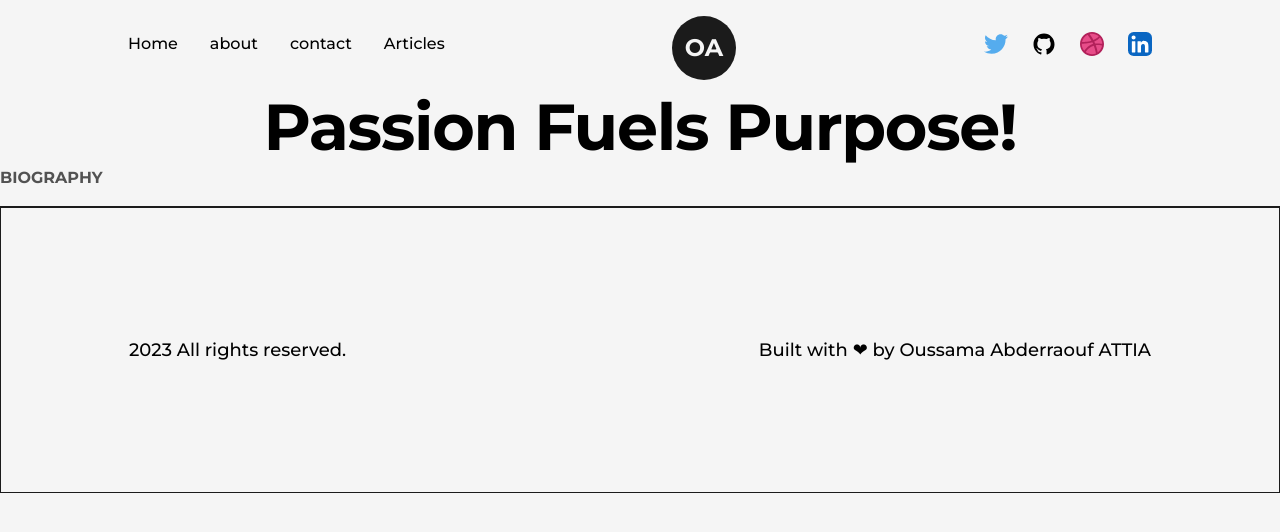
Repository: OussamaAbderraoufAttia/Next.js-Developer-Portfolio
Page: /About
An editor plug-in stored every save of this project. The page is shown before and after the next save, followed by the edit.
The browser window is 1280 px wide. The pictures show the whole page.
The project was rebuilt for these pictures with package versions that can differ from the ones it lists, and the page was loaded fresh each time. The framework's server and built-in components were replaced by stand-ins that run in the browser. Also part of the build but not shown: next.config.js, src/components/AnimatedText.js.

Above is the page before, as saved 2023-06-27 16:47:18.

### src/pages/_app.js
import Footer from '@/components/Footer'
import NavBar from '@/components/NavBar'
import '@/styles/globals.css'
import { Montserrat } from 'next/font/google'
import Head from 'next/head'


const montserrat = Montserrat({
  subsets: ['latin'],
  variable: "--font-mont"
})
export default function App({ Component, pageProps }) {
  return (
    <>
    <Head>
      <meta name="viewport" content="width=device-width, initial-scale=1" />
      <link rel="icon" href="/favicon.ico" />
    </Head>
    <main className={`${montserrat.variable} font-mont bg-light w-full min-h-screen`}>
      <NavBar />
      <Component {...pageProps} />
      <Footer />
    </main>
    </>
  )
}

### src/pages/About.js
import React from 'react';
import Head from 'next/head';
import AnimatedText from '@/components/AnimatedText';
import Layout from '@/components/Layout';

const about = () => {
  return (
    <>
        <Head>
            <title>OA | About Page</title>
            <meta name='description' content='About Oussama Abderraouf ATTIA' />
        </Head>
        <main className='flex w-full flex-col item-center justify-center'>
            <Layout className='pt-16'>
                <h1 className="text-center" style={{
                    fontSize: '65px',
                    fontWeight: 'bold',
                    lineHeight: '1.2',
                    letterSpacing: '-0.02em',
                }}>
                    Passion Fuels Purpose!
                </h1>
                <div className='grid w-full grid-cols-8 gap-16'>
                    <div className='col-span-3 flex flex-col items-start justify-start '>
                        <h2 className='mb-4 text- font-bold uppercase text-dark/75'>
                            Biography
                        </h2>
                    </div>

                </div>
            </Layout>
        </main>
    </>
  )
}

export default about;

### src/components/Footer.js
import React from 'react';
import Link from 'next/link';
import Layout from './Layout';

const Footer = () => {
  return (
    <div>
      <footer className='w-full border-t-2 border border-solid  border-dark
      font-medium text-lg
      '>
        <Layout className='  flex items-center justify-between '>
        <span>
            2023 All rights reserved.
        </span>
        <div>
            <p  >
                Built with &#10084; by Oussama Abderraouf ATTIA
             </p>
        </div>

        </Layout>

      </footer>
    </div>
  )
}

export default Footer

### src/components/NavBar.js
import Link from "next/link";
import React from "react";
import { useRouter } from "next/router";
import Logo from "./Logo";
import   { TwitterIcon, DribbbleIcon, GithubIcon, LinkedInIcon, PinterestIcon } from "./Icons";
import { motion } from "framer-motion";

const CustomLink = ({ href, title, className="" }) => {
    const router = useRouter();
    return (
        <Link href={href} className= {`${className} relative group `}>
            {title }
            <span className={`h-[1px] inline-block bg-dark absolute left-0 bottom-0.5 group-hover:w-full
            transiion-[width] ease duration-300 ${router.asPath === href ? "w-full" : "w-0" }
            `}> &nbsp; </span>
        </Link>
    )
}


const NavBar = () => {
    return (
        <header className="w-full px-32 py-8 font-medium flex items-center justify-between">
            <nav>
                <CustomLink href="/"  title="Home" className="mr-4"/>
                <CustomLink href="/about" title="about" className="mx-4"/>
                <CustomLink href="/contact"  title="contact" className="mx-4"/>
                <CustomLink href="/Articles"  title="Articles" className="ml-4"/>
            </nav>

            <nav className="flex item-center justify-center flex-wrap">
                <motion.a href="https://twitter.com/oussamaattia245" target={"_blank"}
                whileHover={{ y:-5  }}
                whileTap={{ scale: 0.9 }}
                className="w-6 mx-3"
                >
                    <TwitterIcon />
                 </motion.a>
                <motion.a href="https://github.com/OussamaAbderraoufAttia" target={"_blank"}
                whileHover={{ y:-5  }} whileTap={{ scale: 0.9 }}
                className="w-6 mx-3"
                > <GithubIcon /> </motion.a>
                <motion.a href="https://dribbble.com/JohnLoyd" target={"_blank"}
                whileHover={{ y:-5  }} whileTap={{ scale: 0.9 }}
                className="w-6 mx-3"
                > <DribbbleIcon /> </motion.a>
                <motion.a href="https://www.linkedin.com/in/oussama-abderraouf-attia-494b32225/" target={"_blank"}
                whileHover={{ y:-5  }} whileTap={{ scale: 0.9 }}
                className="w-6 ml-3"
                > <LinkedInIcon /> </motion.a>

            </nav>
            <div className="absolute left-[50%] top-2    translate-x-[50%]">
                 <Logo />
            </div>
        </header>
    )
}

export default NavBar;

### src/components/Layout.js
import React from 'react';

const Layout = ({ children, className = "" }) => {
  return (
    <div className={`  w-full h-full inline-block z-0 bg-light p-32${className}`}>
      {children}
    </div>
  );
};

export default Layout;

### src/components/Logo.js
import React from "react";
import Link from "next/link";
import { motion } from "framer-motion";



const MotionLink = motion(Link);
const Logo = () => {
  return (
    <div className="flex items-center justify-center mt-2">
      <MotionLink
        href="/"
        className="w-16 h-16 bg-dark text-light flex items-center justify-center rounded-full font-bold text-2xl"
        whileHover={{
            backgroundColor:["#121212", "rgba(131,58,180,1)","rgba(253,29,29,1)","rgba(252,176,69,1)","rgba(131,58,180,1)", "#121212"],
          transition: {
            duration: 1,
            repeat: Infinity,
          },
        }}
      >
        OA
      </MotionLink>
    </div>
  );
};

export default Logo;

### tailwind.config.js
/** @type {import('tailwindcss').Config} */
const {fontFamily} = require('tailwindcss/defaultTheme')

module.exports = {
  content: [
    // Or if using `src` directory:
    "./src/**/*.{js,ts,jsx,tsx,mdx}",
  ],
  theme: {
    extend: {
      fontFamily: {
        mont: ['var(--font-mont)', 'sans-serif'],
      },
        colors: {
          dark: "#1b1b1b",
          light: "#f5f5f5",
          primary: "#B63E96", // 240,86,199
          primaryDark: "#58E6D9", // 80,230,217
      },
      animation: {
        'spin-slow': 'spin 8s linear infinite',
      },
    },
  },
  plugins: [],
}

Loaded but not shown: src/pages/_document.js (common file); src/styles/globals.css (common file); src/components/Icons.js (484 lines, source omitted)

After the next save:
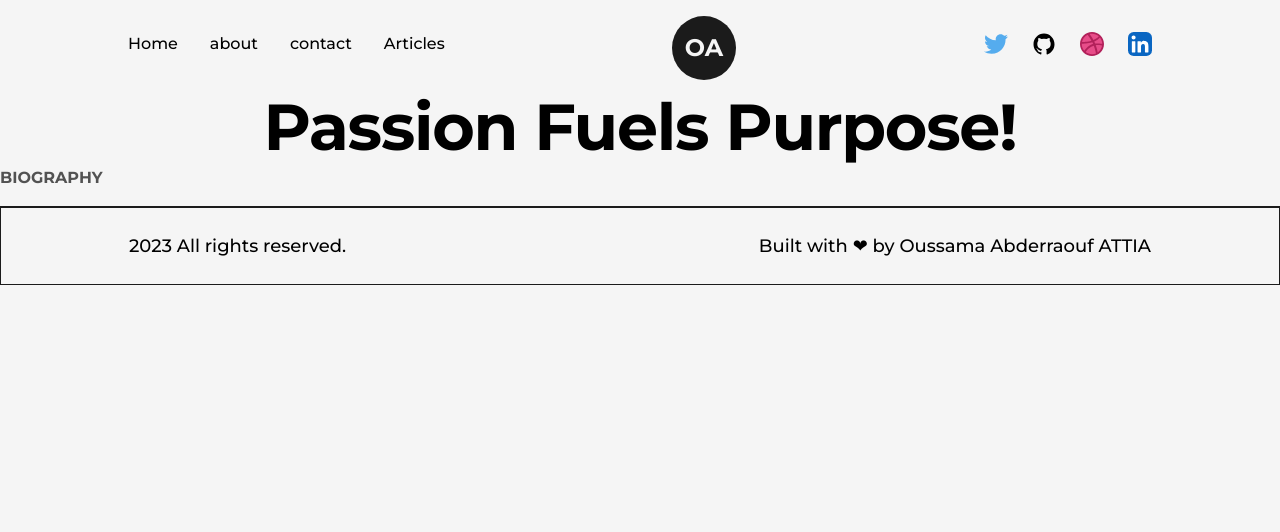
Saved 6 s later.
--- a/src/components/Footer.js
+++ b/src/components/Footer.js
@@ -8,7 +8,7 @@
       <footer className='w-full border-t-2 border border-solid  border-dark
       font-medium text-lg
       '>
-        <Layout className='  flex items-center justify-between '>
+        <Layout className=' py-6 flex items-center justify-between '>
         <span>
             2023 All rights reserved.
         </span>
